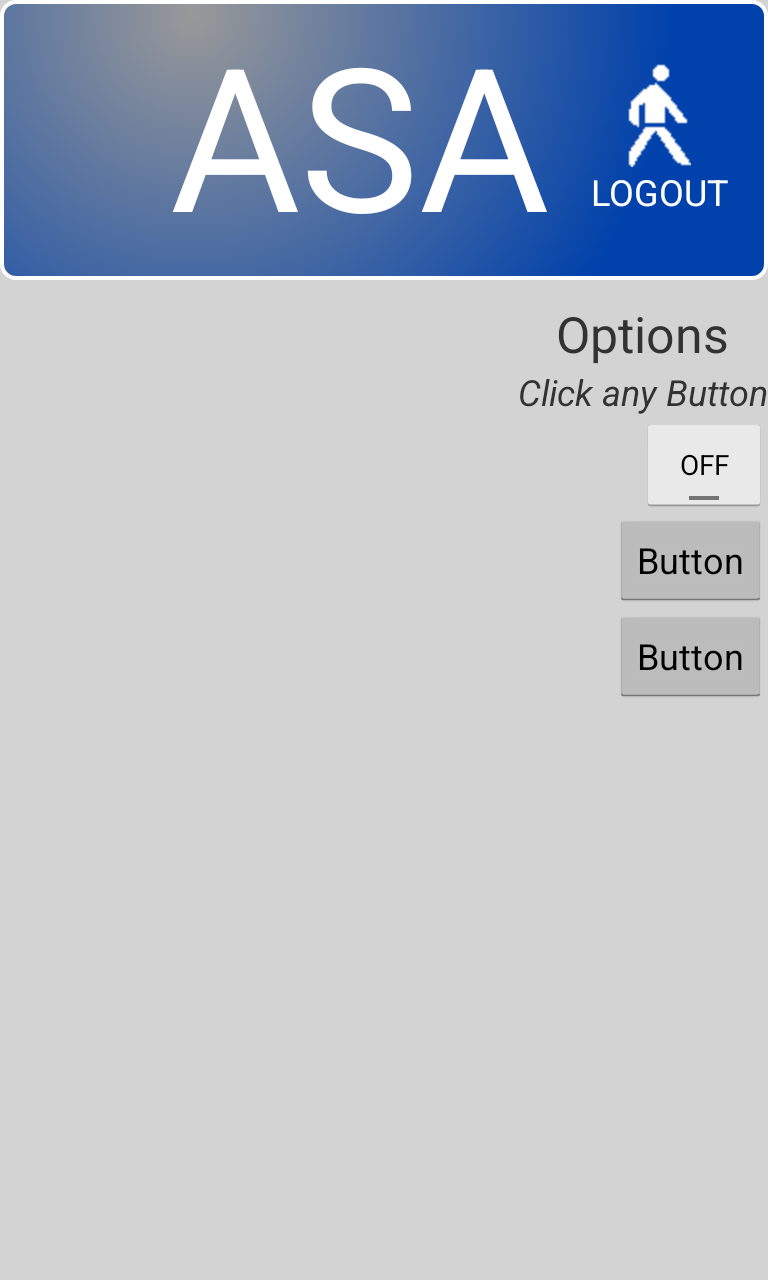
Repository: vinnare89/ASA
Layout: ASA/res/layout/asa_layout.xml
These files come from the project's save history. The layout is drawn as it stood at one moment and after the next save; the edit follows.
It is drawn on a 768 x 1280 px phone screen (xhdpi) without system bars, with theme AppTheme; the app's code is not run.

Above is the layout before, as saved 2013-12-15 15:17:42.

After the next save:
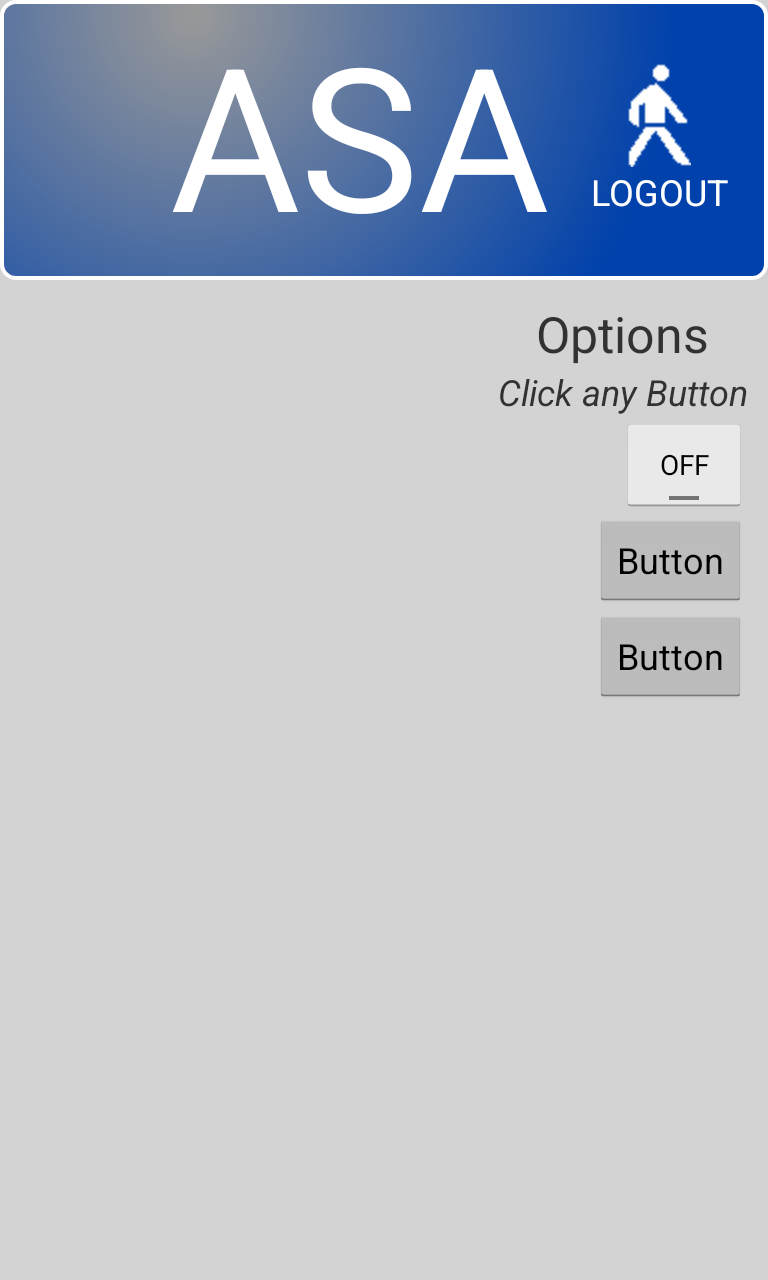
Saved 14 s later.
--- a/ASA/res/layout/asa_layout.xml
+++ b/ASA/res/layout/asa_layout.xml
@@ -68,7 +68,7 @@
             android:layout_width="wrap_content"
             android:layout_height="fill_parent"
             android:layout_alignParentRight="true"
-            android:layout_marginTop="@dimen/asa_margin_top"
+            android:layout_margin="@dimen/asa_margin_top"
             android:orientation="vertical" >
 
             <TextView
